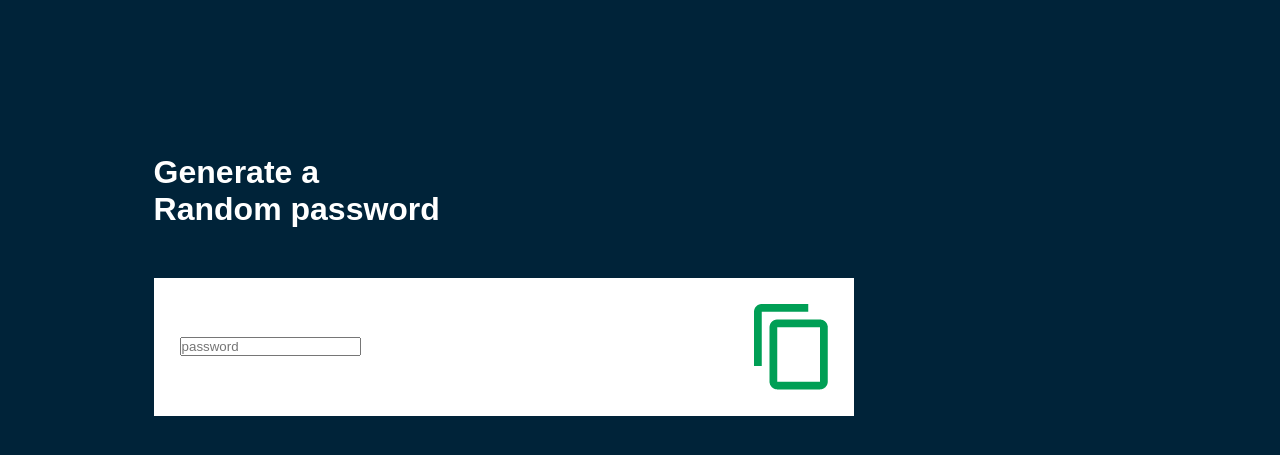
Repository: YAAMAR/password-generator
Page: Random password/index.html
An editor plug-in stored every save of this project. The page is shown before and after the next save, followed by the edit.
The browser window is 1280 px wide. The pictures show the whole page.

Above is the page before, as saved 2024-05-02 18:59:18.

### Random password/index.html
<!DOCTYPE html>
<html lang="en">
<head>
    <meta charset="UTF-8">
    <meta name="viewport" content="width=device-width, initial-scale=1.0">
    <title>Random Password Generator-Easy Tutorials</title>
    <link rel="stylesheet" href="style.css">
</head>
<body>
    <div class="container">

        <h1>Generate a <br>Random password</h1>
        <div class="display">

            <input type="text" id="password" placeholder="password">
            <img src="images/copy.png">
        </div>
    </div>
</body>
</html>

### Random password/style.css
*{
    margin: 0;
    padding: 0;
    font-family: 'poppins',sans-serif;
    box-sizing: border-box;
}
body{
    background: #002339;
    color: #fff;
}
.container{
    margin: 12%;
    width: 90%;
    max-width: 700px;
}
.display{
    width: 100%;
    margin-top: 50px;
    margin-bottom: 30px;
    background:#fff ;
color: #fff;
display: flex;
align-items: center;
justify-content: space-between;
padding: 26px ;
}

After the next save:
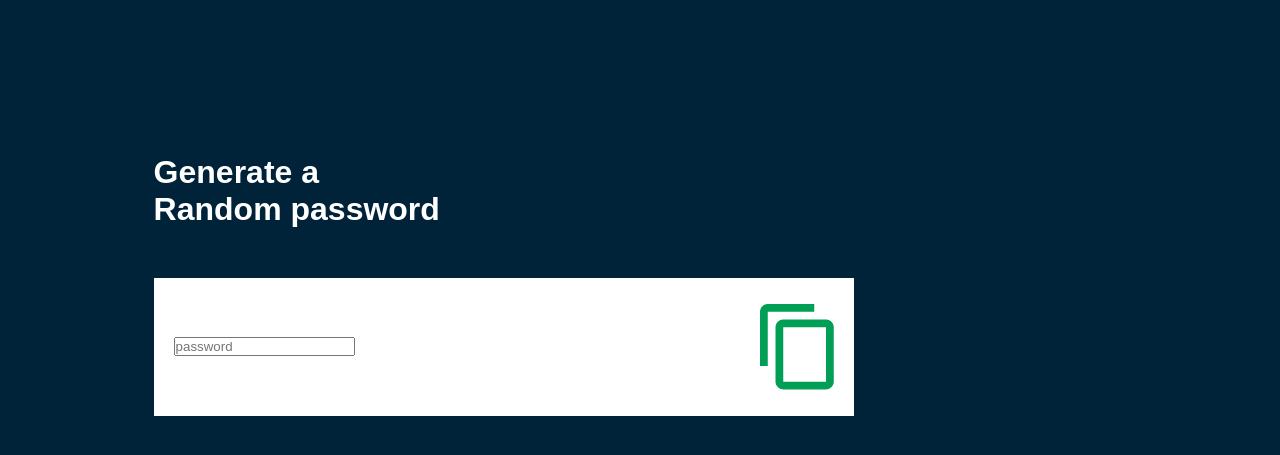
Saved 4 s later.
--- a/Random password/style.css
+++ b/Random password/style.css
@@ -22,5 +22,5 @@ color: #fff;
 display: flex;
 align-items: center;
 justify-content: space-between;
-padding: 26px ;
+padding: 26px 20px;
 }
